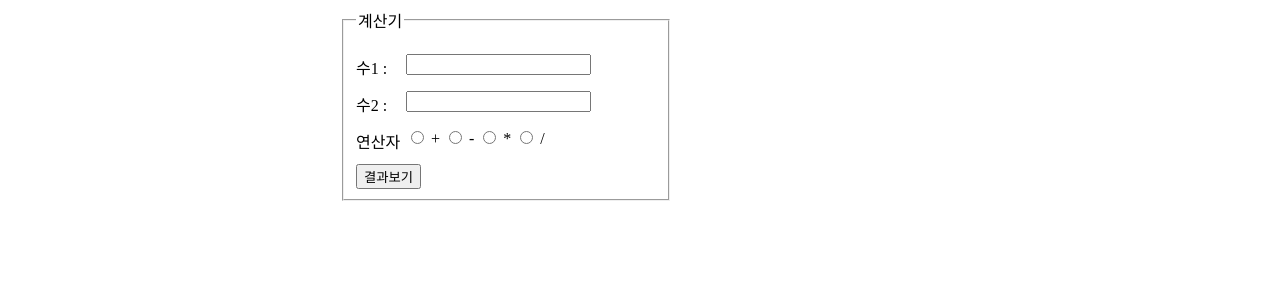
Repository: Kebiskim/2023_jspStudy
Page: 01_servlet/src/main/webapp/view/Ex07.html
The author's editor kept a copy of each file at every save. The page is drawn from the files as they stood at one save, then again after the next save.
The browser window is 1280 px wide. The pictures show the whole page.

Above is the page before, as saved 2023-06-30 04:20:01.

After the next save:
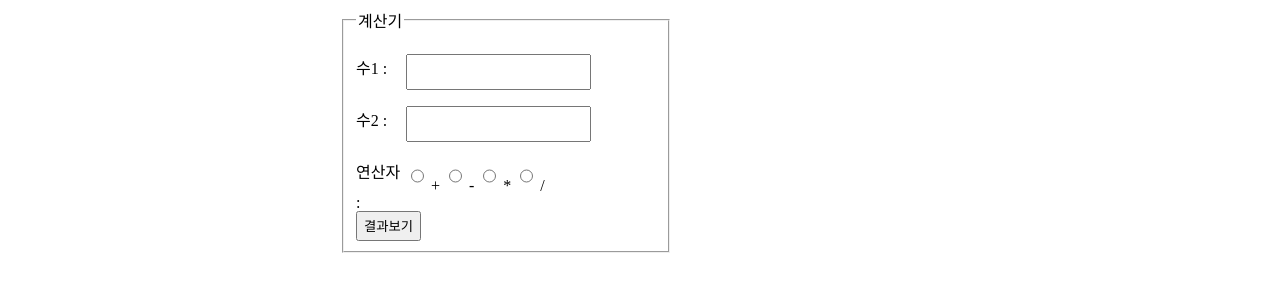
Saved 6 s later.
--- a/01_servlet/src/main/webapp/view/Ex07.html
+++ b/01_servlet/src/main/webapp/view/Ex07.html
@@ -17,6 +17,9 @@
 		height: 30px;
 		float: left;
 		line-height: 30px;
+	}
+	input{
+		height: 30px;
 	}
 </style>
 </head>
